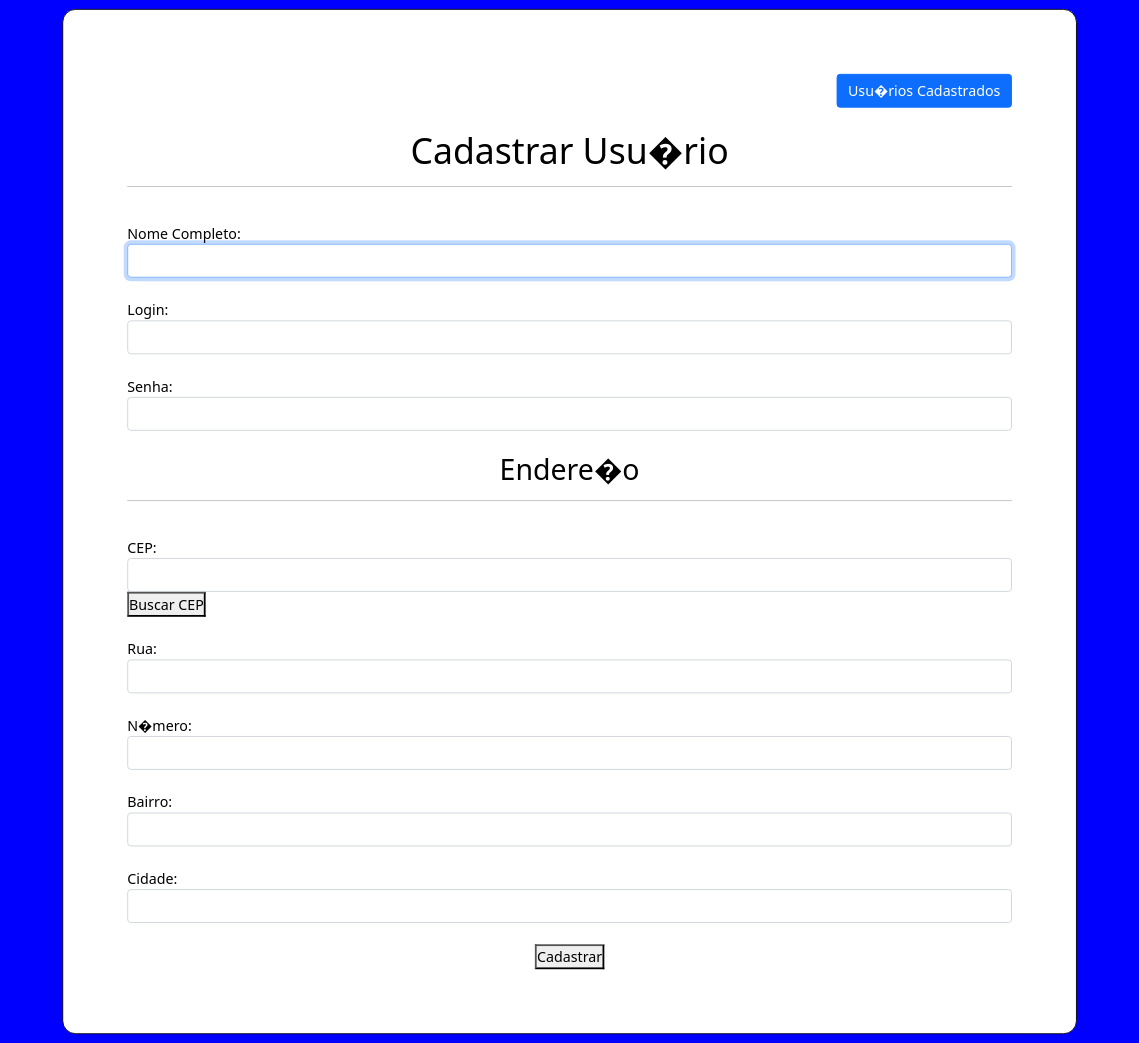
Repository: Magicianred/spring-mvc
Page: http://localhost/index
These files come from the project's save history. The page is drawn as it stood at one moment and after the next save; the edit follows.
The browser window is 1280 px wide. The pictures show the whole page, at 89% of full size.
The page is this project's Thymeleaf template; nobody is signed in. The template is opened directly, without the code that normally fills it, so the values that code supplies are empty.

Above is the page before, as saved 2021-01-13 02:01:07.

After the next save:
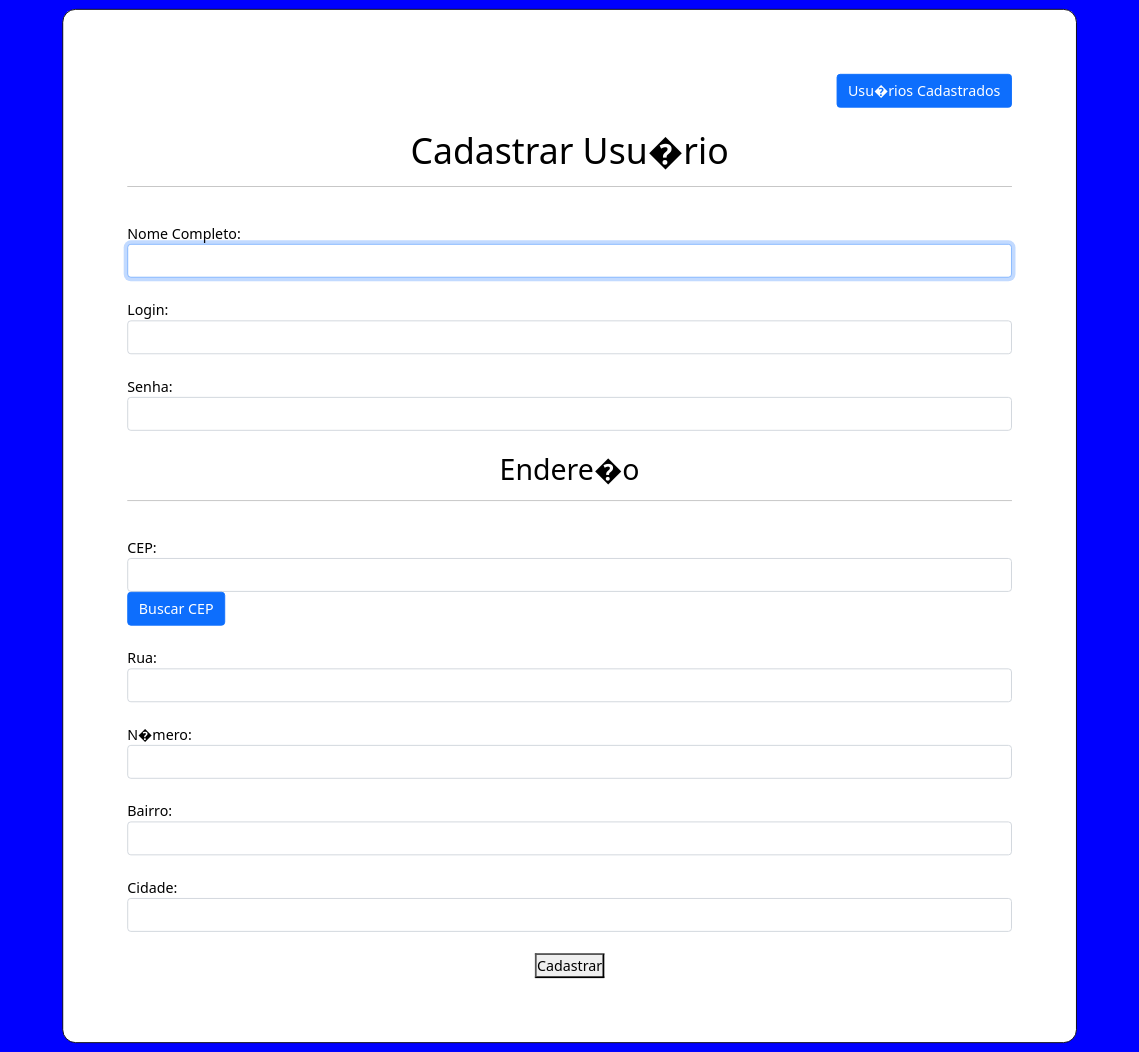
Saved 21 s later.
--- a/springmvc/src/main/resources/templates/index.html
+++ b/springmvc/src/main/resources/templates/index.html
@@ -42,7 +42,7 @@ xmlns:layout="http://www.ultraq.net.nz/thymeleaf/layout">
 		<div class="form-group">
 			<label>CEP:</label> <br />
 			<input class="form-control" type="text" name="cep" id="cep" />
-			<button onclick="buscar()">Buscar CEP</button>
+			<button class="btn btn-primary" onclick="buscar()">Buscar CEP</button>
 		</div>
 		<br />
 
